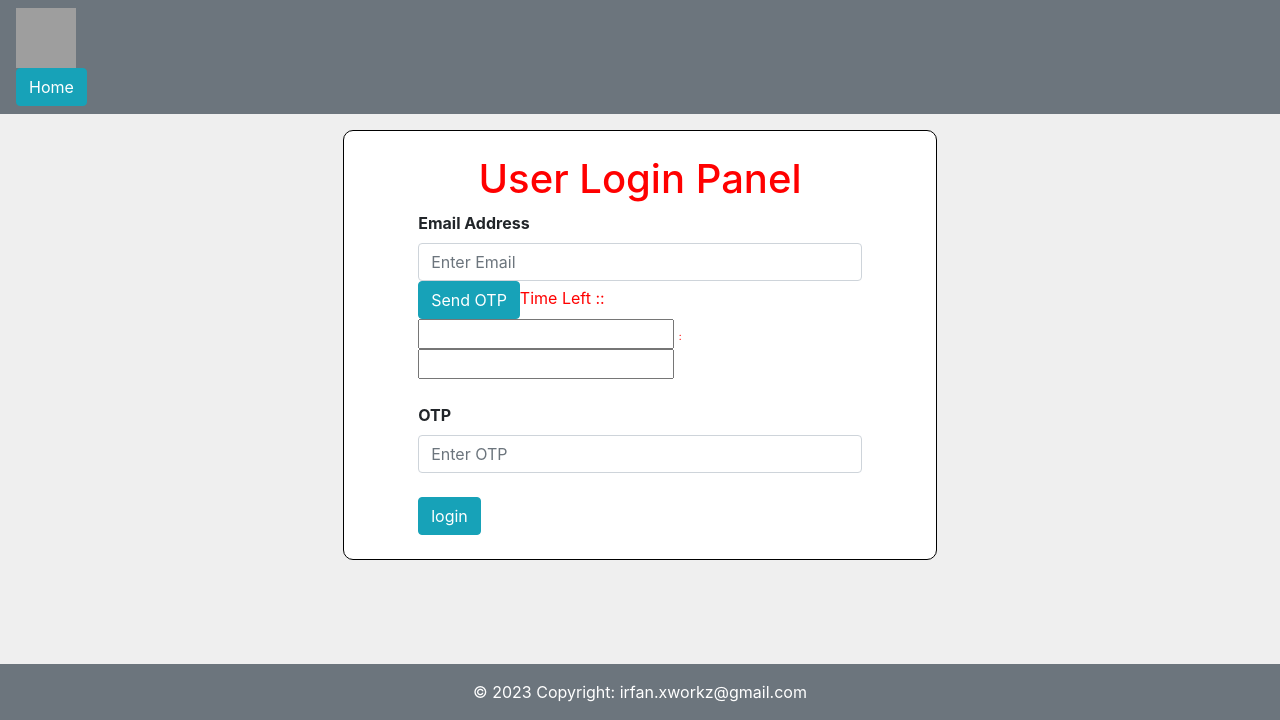
Repository: irfanxworkz/Project
Page: http://localhost/parking/UserLogin.jsp
The author's editor kept a copy of each file at every save. The page is drawn from the files as they stood at one save, then again after the next save.
The browser window is 1280 px wide. The pictures show the whole page.
Pictures or frames that could not be fetched are drawn as grey boxes. The page is served by Tomcat 9.

Above is the page before, as saved 2023-07-12 09:08:48.
Console error: SyntaxError: Unexpected identifier 'secs'

After the next save:
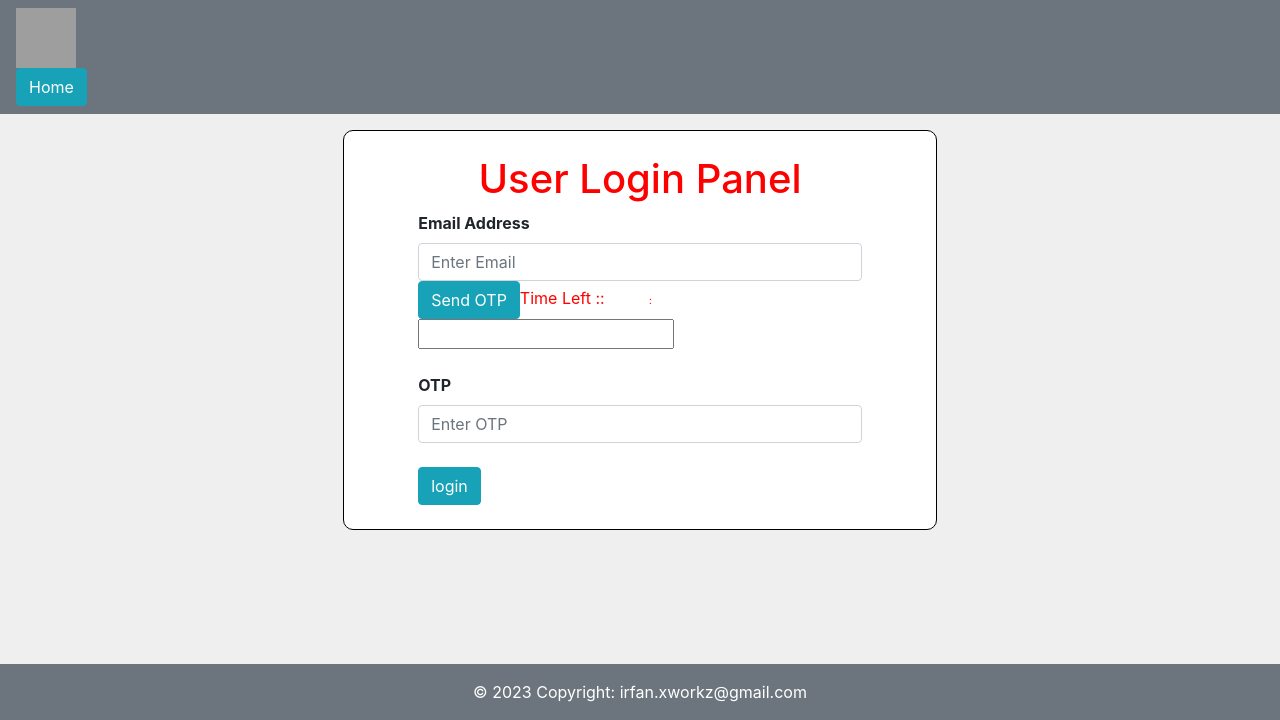
Saved 35 min 49 s later.
--- a/parking/src/main/webapp/UserLogin.jsp
+++ b/parking/src/main/webapp/UserLogin.jsp
@@ -45,6 +45,7 @@
 				mins=Math.floor(secs/60);
 				return mins;
 			}
+
 			function getseconds(){
 				retun secs-Math.round(mins*60);
 			}
@@ -69,7 +70,7 @@
 			<div class="container">
 			<label for="email"><b>Email Address</b></label>
 			<!--  <span style="color: red;"> Time Left ::</span><br><br> -->
-			    <input type="email" name="email" class="form-control" placeholder="Enter Email" required="required"><input type="submit" value="Send OTP" onclick="countdown();" class="btn btn-info" ><span style="color: red;">Time Left :: <input id="minutes" type="text" > <font size="1"> : </font> <input id="seconds" type="text"> </span><br><br>
+			    <input type="email" name="email" class="form-control" placeholder="Enter Email" required="required"><input type="submit" value="Send OTP" onclick="countdown();" class="btn btn-info" ><span style="color: red;">Time Left :: <input id="minutes" type="text" style="width: 8%; border: none; font-size: 16px; font-weight: bold;"> <font size="1"> : </font> <input id="seconds" type="text"> </span><br><br>
 
 
 			<label for="otp"><b>OTP</b></label>
